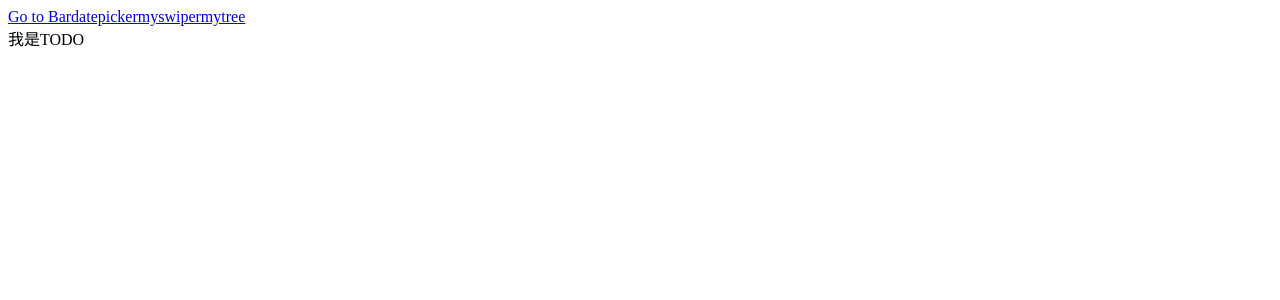
Repository: gu12/vue-hello
Page: /#/todo
The author's editor kept a copy of each file at every save. The page is drawn from the files as they stood at one save, then again after the next save.
The browser window is 1280 px wide. The pictures show the whole page.
The project was rebuilt for these pictures with package versions that can differ from the ones it lists, and the page was loaded fresh each time. Also part of the build but not shown: src/views/Home.vue.

Above is the page before, as saved 2020-04-30 16:57:50.

### src/App.vue
<template>
  <div>
    <router-link to="/todo">Go to Bar</router-link>
    <router-link to="/datepicker">datepicker</router-link>
    <router-link to="/myswiper">myswiper</router-link>
    <router-link to="/mytree">mytree</router-link>

      <router-view></router-view>

  </div>
</template>
<script>

  export default {
    components:{
    },
    data () {
      return {

      }
    },

  }
</script>

### src/views/Todo/index.vue
<template>
    <div>
我是TODO

        <div v-for="i in 6" :key="i">

            <span v-for="j in i" :key="j"></span>


        </div>
    </div>
</template>


<script>
    export default {}
</script>

Loaded but not shown: public/index.html (common file); src/main.js (common file); src/router/index.js (common file); src/store/index.js (common file)

After the next save:
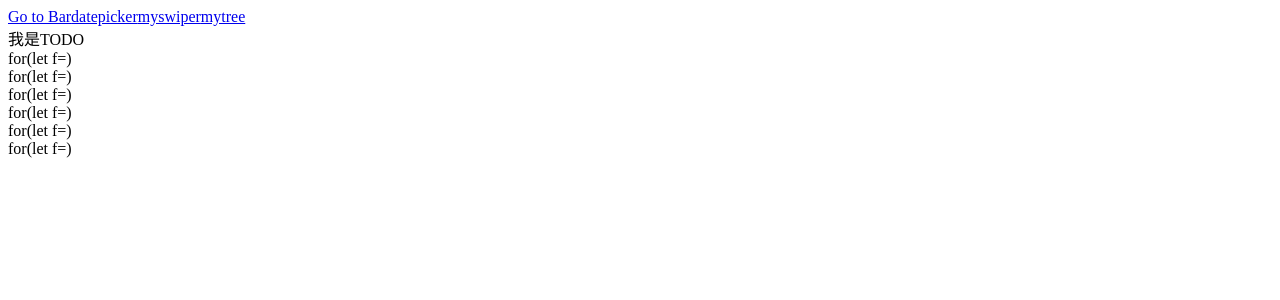
Saved 18 s later.
--- a/src/views/Todo/index.vue
+++ b/src/views/Todo/index.vue
@@ -3,7 +3,7 @@
 我是TODO
 
         <div v-for="i in 6" :key="i">
-
+            for(let f=)
             <span v-for="j in i" :key="j"></span>
 
 
